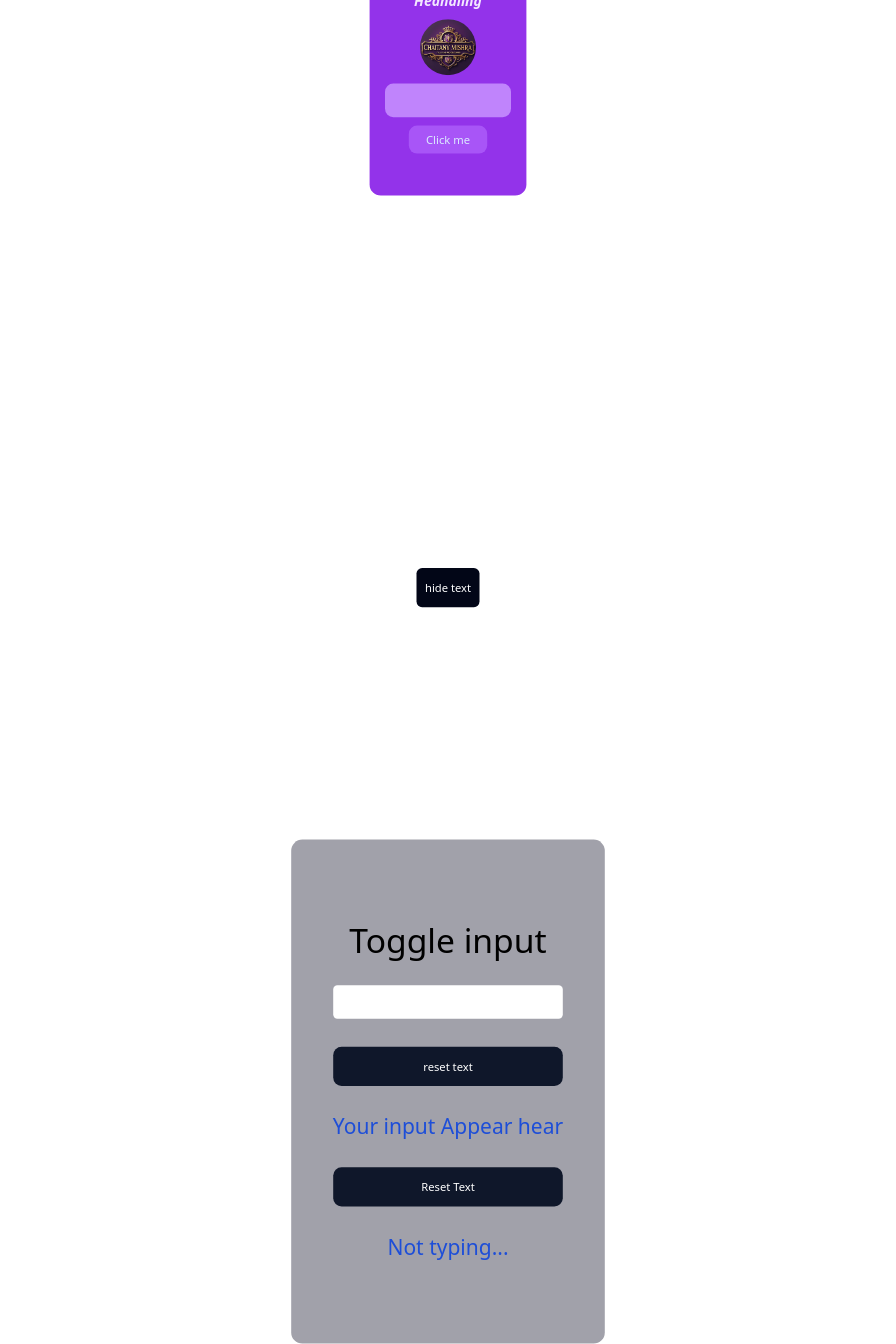
Repository: ChaitanyMishra/react-daily-work
Page: / (app in praticeForReact/revise-react/)
These files come from the project's save history. The page is drawn as it stood at one moment and after a run of saves; the edit follows.
The browser window is 1280 px wide. The pictures show the part of the page from y = 828 to 2748 px (the page is 2748 px tall before and 2510 px after), at 70% of full size.
The project was rebuilt for these pictures with package versions that can differ from the ones it lists, and the page was loaded fresh each time. Also part of the build but not shown: praticeForReact/revise-react/vite.config.js.

Above is the page before, as saved 2025-07-03 20:46:18.

### praticeForReact/revise-react/src/App.jsx
import './index.css';
import Info from './components/Info';
import Counter from './components/Counter';
import Card from './components/Card';
import ToggleText from './components/toggleText';
import { createContext, useState } from 'react';
import ToggleInput from './components/toggleInput';

const ThemeContext = createContext();

function App() {
  const [theme, setTheme] = useState('light');

  return (
    <ThemeContext.Provider value={{ theme, setTheme }}>
      <div className='h-screen w-full bg-stone-200'>
        <h1 className='text-center text-purple-600 font-extrabold font-serif text-3xl py-3 italic'>
          React Revision
        </h1>

        <div className='flex flex-col h-auto min-h-64 bg-slate-500 w-56 items-center justify-center m-auto text-white text-xl'>
          <Info name='Chaitany' roll='Web Developer' location='India' />
        </div>

        <div>
          <h1 className='text-center text-purple-600 font-extrabold font-serif text-3xl py-5 italic'>
            Learn About useState
          </h1>
          <Counter />
        </div>
        <Card name='Chetan' />
        <ToggleText />
        <ToggleInput />
      </div>
    </ThemeContext.Provider>
  );
}

export { ThemeContext };
export default App;

### praticeForReact/revise-react/src/components/Info.jsx
export default function Info(props){
    return(
        <div>
        <h2>Name : {props.name}</h2>
        <h3>role : {props.roll}</h3>
        <h4> Location : {props.location}</h4>
        </div>
    )

}

### praticeForReact/revise-react/src/components/Counter.jsx
import { useContext, useState } from "react";
import { ThemeContext } from "../App";

export default function Counter() {
  const { theme, setTheme } = useContext(ThemeContext);
  const [counter, setCounter] = useState(0);
  const [message, setMessage] = useState("");

  const handleIncrement = () => {
    if (counter < 20) {
      setCounter((prev) => prev + 1);
      setMessage("");
    } else {
      setMessage("Value can't go above 20");
    }
  };

  const handleDecrement = () => {
    if (counter > 0) {
      setCounter((prev) => prev - 1);
      setMessage("");
    } else {
      setMessage("Value can't go below 0");
    }
  };

  const reset = () => {
    setCounter(0);
    setMessage("");
  };

  return (
    <div
      className={`flex flex-col items-center ${
        theme === "light" ? "bg-slate-200" : "bg-slate-800"
      } px-6 py-6 rounded-lg shadow-lg space-y-4`}
    >
      <div>
        <button
          className="bg-white hover:bg-blue-200 text-black font-bold px-4 py-2 rounded"
          onClick={() =>
            setTheme(theme === "light" ? "dark" : "light")
          }
        >
          Theme: {theme}
        </button>
      </div>

      <h2 className="text-white text-3xl font-bold">{counter}</h2>

      <div className="flex space-x-4">
        <button
          className="bg-green-500 hover:bg-green-600 text-white font-bold px-4 py-2 rounded"
          onClick={handleIncrement}
        >
          +
        </button>
        <button
          className="bg-red-500 hover:bg-red-600 text-white font-bold px-4 py-2 rounded"
          onClick={handleDecrement}
        >
          -
        </button>
        <button
          className="bg-yellow-500 hover:bg-yellow-600 text-white font-bold px-4 py-2 rounded"
          onClick={reset}
        >
          Reset
        </button>
      </div>

      {message && (
        <span className="text-yellow-300 font-semibold text-sm italic">
          {message}
        </span>
      )}
    </div>
  );
}

### praticeForReact/revise-react/src/components/Card.jsx
import { useState } from "react"
import logo from "../assets/Logo.jpg"

const Card = () =>{
    const [name , setName] = useState("")
    const [msg  , setMsg] = useState("")
    const handleButton = () => {
        if(name.trim() === ""){
            setName("")
        }else{
            setMsg(`Hello ${name}`)
        }

    }
   return(

    <div className="flex h-screen w-auto justify-center items-center">

    <div className=" absolute flex flex-col h-[20rem] w-[14rem] bg-purple-600 m-auto my-14 rounded-2xl">
        <h3 className=" text-center text-purple-100 font-extrabold italic text-xl">Learn About Event Heandling</h3>
        <img src={logo} alt="Chaitany Logo" className="relative top-0 left-0 h-20 w-20 rounded-full mx-auto my-3 object-cover focus:none" />
        <input type="text" className=" bg-purple-400 px-3 py-3 rounded-xl w-[14vw] mx-auto text-purple-100" id="inputBox" onChange={(e) => setName(e.target.value)} value={name} />
        <button className="bg-purple-500 text-blue-100 px-3 py-2 w-28 rounded-xl mx-auto my-3 hover:bg-purple-900 hover:scale-105 duration-300 " onClick={handleButton}>Click me </button>
       {
        msg && (
            <p className="mt-4 text-white font-semibold text-center text-xl px-3 my-3">Hello {name}! nice to meet you!</p>
        )
       }
    </div>
    </div>
   )

}

export default Card

### praticeForReact/revise-react/src/components/toggleText.jsx
import React from 'react'
import { useState } from 'react'

function ToggleText() {
    const [show , setShow]  = useState(false);
  return (
    <div className='flex flex-col items-center justify-center h-screen w-screen'>
      <p >{show ? "After useState" : ""}</p>
      <button className='px-3 py-4 rounded-lg bg-slate-950 text-white text-center my-5' onClick={() => setShow(!show)} > {show  ? "show text" : "hide text"}</button>
    </div>
  )
}

export default ToggleText

### praticeForReact/revise-react/src/components/toggleInput.jsx
import React, { use } from 'react'
import { useState , useEffect } from 'react'

function ToggleInput() {
    const [buttonState , setButtonState] = useState(false)
    const [input , setInput] = useState("")
    const [typing , setTypingStatus] = useState("")
    useEffect(() => {

      setTypingStatus("Typing...")
      const timer = setTimeout(()=>{
        setTypingStatus("Not typing...")
      },2000)

    return () => clearTimeout(timer)


    } , [input])
  return (
    <div className='flex flex-col bg-zinc-400 h-screen  mx-auto rounded-2xl items-center justify-center max-w-md '>
      <div className='flex flex-col gap-10'>
        <h1 className='text-5xl text-center'>Toggle input</h1>
            <input type="text" className='px-4 py-3 rounded-md placeholder:enter text'  onChange={(e) => setInput(e.target.value)} />
            <button className='px-3 py-4 rounded-xl bg-slate-900 text-white' onClick={() => setButtonState(!buttonState)}>{buttonState ? "click me" : "reset text"}</button>
            <p className=' text-3xl text-center text-blue-700' id='pera'>Your input Appear hear {input} </p>
            <button  className='px-3 py-4 rounded-xl bg-slate-900 text-white' onClick={() => setInput("")}>Reset Text</button>
            <p className=' text-3xl text-center text-blue-700' >{typing}</p>
      </div>
    </div>
  )
}

export default ToggleInput

Loaded but not shown: praticeForReact/revise-react/index.html (common file); praticeForReact/revise-react/src/main.jsx (common file); praticeForReact/revise-react/src/index.css (common file); praticeForReact/revise-react/tailwind.config.js (common file)

After the next 2 saves:
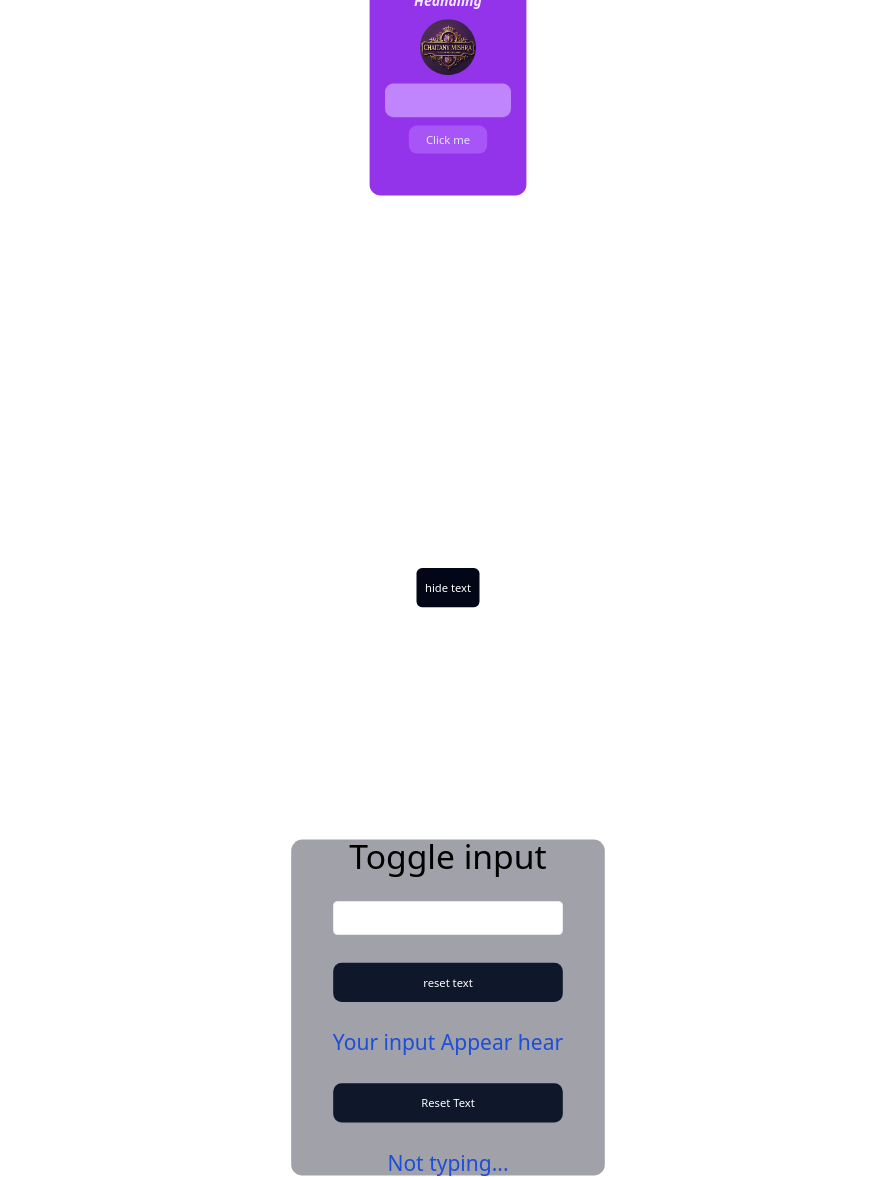
The 2 saves are shown as one change because they came seconds apart.
The last was saved 12 s later.
--- a/praticeForReact/revise-react/src/components/toggleInput.jsx
+++ b/praticeForReact/revise-react/src/components/toggleInput.jsx
@@ -17,7 +17,7 @@ function ToggleInput() {
 
     } , [input])
   return (
-    <div className='flex flex-col bg-zinc-400 h-screen  mx-auto rounded-2xl items-center justify-center max-w-md '>
+    <div className='flex flex-col bg-zinc-400 h-md  mx-auto rounded-2xl items-center justify-center max-w-md '>
       <div className='flex flex-col gap-10'>
         <h1 className='text-5xl text-center'>Toggle input</h1>
             <input type="text" className='px-4 py-3 rounded-md placeholder:enter text'  onChange={(e) => setInput(e.target.value)} />
